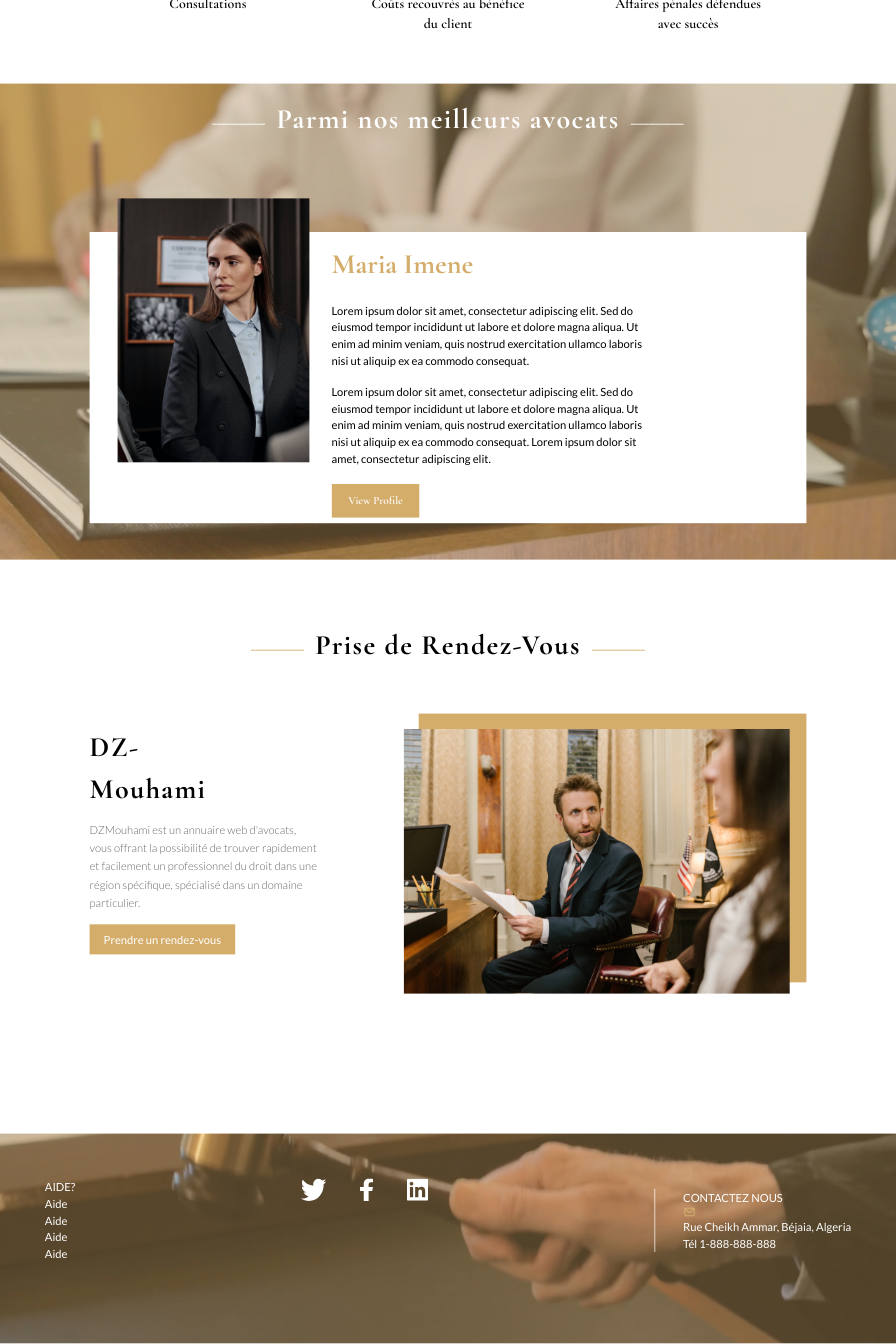
Repository: Chekrouba-Tinhinane/Mohami_dz
Page: / (app in client/)
The author's editor kept a copy of each file at every save. The page is drawn from the files as they stood at one save, then again after the next save.
The browser window is 1280 px wide. The pictures show the part of the page from y = 2348 to 4268 px (the page is 4268 px tall), at 70% of full size.
The project was rebuilt for these pictures with package versions that can differ from the ones it lists, and the page was loaded fresh each time. Also part of the build but not shown: client/vite.config.js, client/src/SignIn.jsx, client/src/components/Selector.jsx, client/src/components/SearchContainer.jsx, client/src/Search.jsx, client/src/components/super/HomeLayout.jsx, client/src/components/Profile.jsx.

Above is the page before, as saved 2024-01-25 18:12:19.

After the next save:
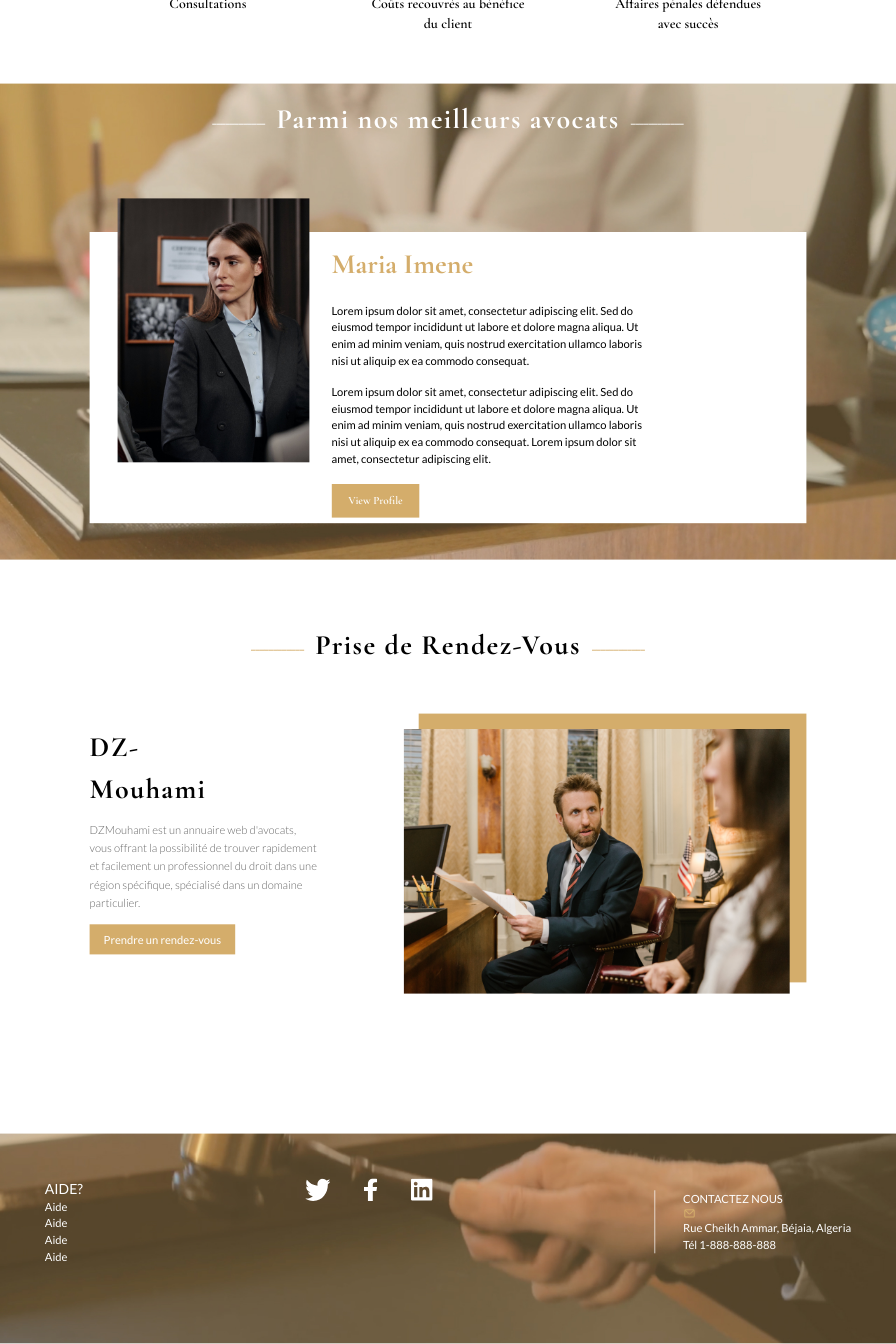
Saved 8 s later.
--- a/client/src/LandingPage.jsx
+++ b/client/src/LandingPage.jsx
@@ -279,7 +279,7 @@
       <div className="absolute w-full flex justify-center pt-[4rem]">
         <div className="flex items-center justify-between px-16 max-w-[86rem] w-full">
           <div className="flex flex-col">
-            <h3 className=" text-">AIDE?</h3>
+            <h3 className=" text-xl">AIDE?</h3>
             <p>Aide</p>
             <p>Aide</p>
             <p>Aide</p>
